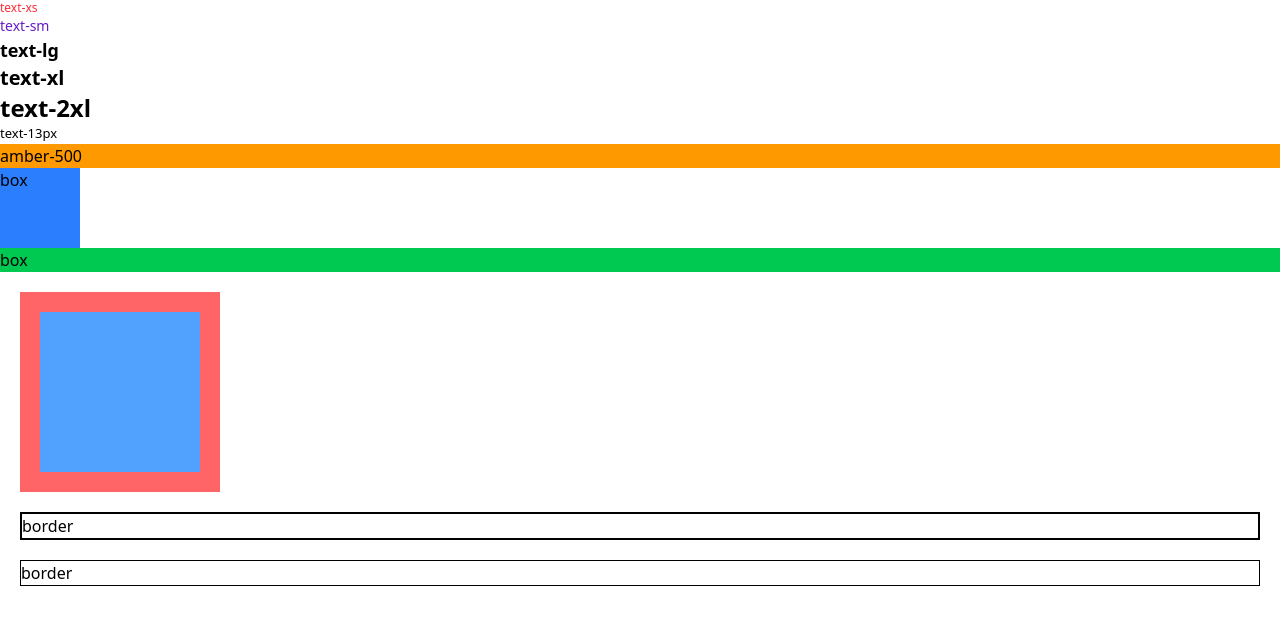
Repository: kkhhjjoo/onebite-tailwind
Page: /
An editor plug-in stored every save of this project. The page is shown before and after the next save, followed by the edit.
The browser window is 1280 px wide. The pictures show the whole page.
The project was rebuilt for these pictures with package versions that can differ from the ones it lists, and the page was loaded fresh each time. Also part of the build but not shown: vite.config.ts, src/App.css.

Above is the page before, as saved 2025-12-24 19:56:02.

After the next save:
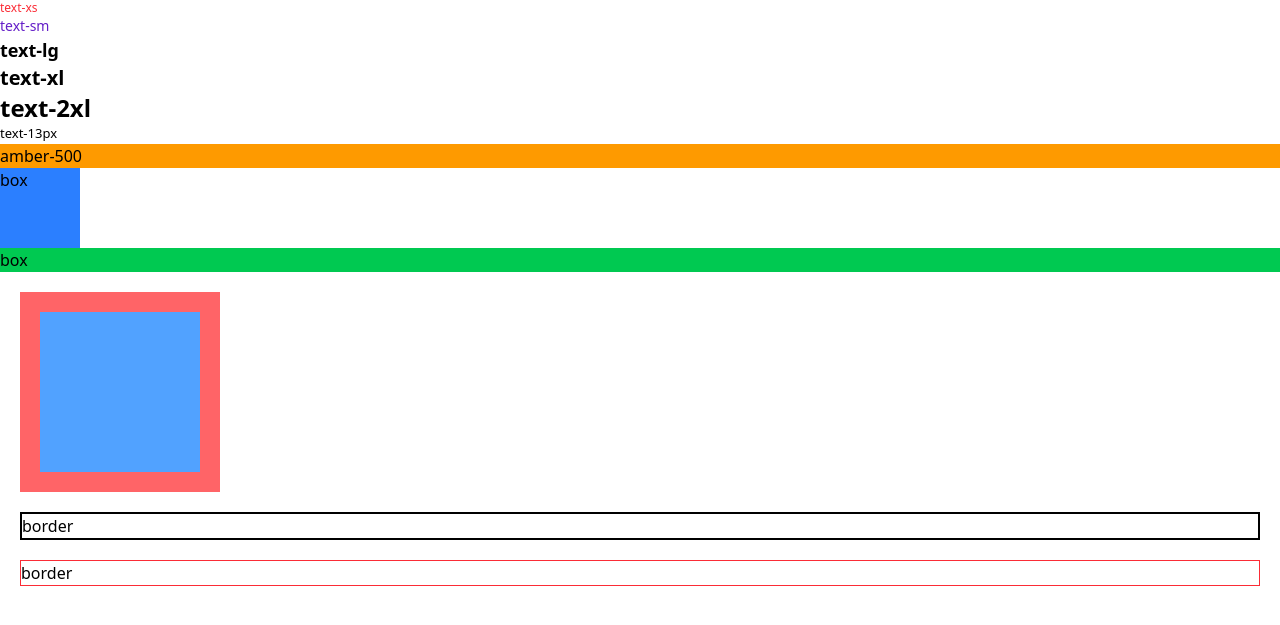
Saved 2 min 57 s later.
--- a/src/App.tsx
+++ b/src/App.tsx
@@ -26,7 +26,9 @@ function App() {
 
       {/* 5. 보더 */}
       <div className="m-5 border-x-2 border-y-2">border</div>
-      <div className="m-5 border-t border-r border-b border-l">border</div>
+      <div className="m-5 border-t border-r border-b border-l border-red-500">
+        border
+      </div>
     </div>
   );
 }
